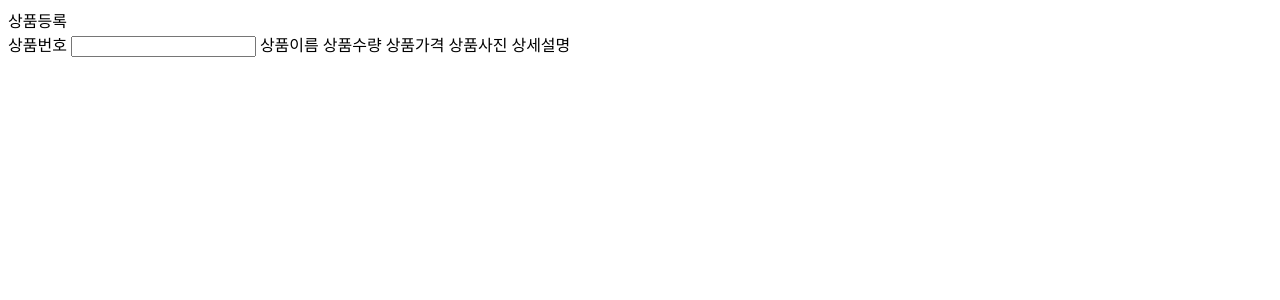
Repository: 0hmuse/day0330-2
Page: bitshop/src/main/resources/static/goods/insert.html
The author's editor kept a copy of each file at every save. The page is drawn from the files as they stood at one save, then again after the next save.
The browser window is 1280 px wide. The pictures show the whole page.

Above is the page before, as saved 2020-03-27 06:14:27.

### bitshop/src/main/resources/static/goods/insert.html
<!DOCTYPE html>
<html>
<head>
<meta charset="EUC-KR">
<title>Insert title here</title>
</head>
<body>
상품등록
<form id="f">
	상품번호 <input type="text" id="no" name="no">
	상품이름
	상품수량
	상품가격
	상품사진
	상세설명
</form>
</body>
</html>

After the next save:
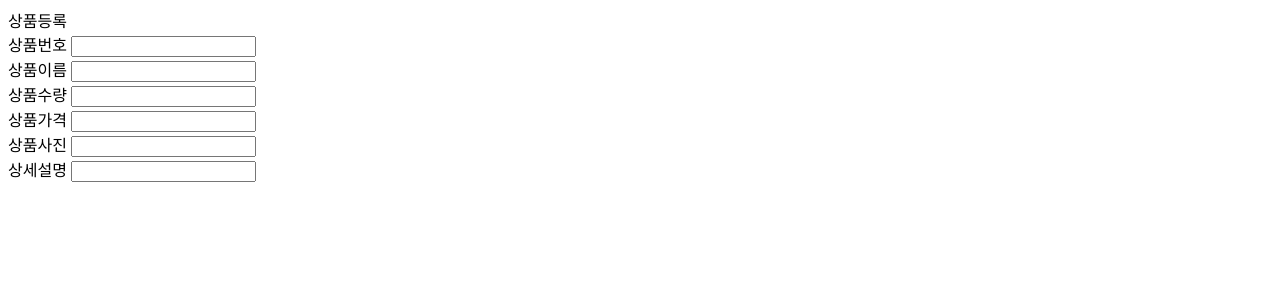
Saved 38 s later.
--- a/bitshop/src/main/resources/static/goods/insert.html
+++ b/bitshop/src/main/resources/static/goods/insert.html
@@ -7,12 +7,12 @@
 <body>
 상품등록
 <form id="f">
-	상품번호 <input type="text" id="no" name="no">
-	상품이름
-	상품수량
-	상품가격
-	상품사진
-	상세설명
+	상품번호 <input type="text" id="no" name="no"> <br>
+	상품이름 <input type="text" id="item" name="item"> <br>
+	상품수량 <input type="text" id="qty" name="qty"> <br>
+	상품가격 <input type="text" id="price" name="price"> <br>
+	상품사진 <input type="text" id="fname" name="fname"> <br>
+	상세설명 <input type="text" id="detail" name="detail"> <br>
 </form>
 </body>
 </html>
